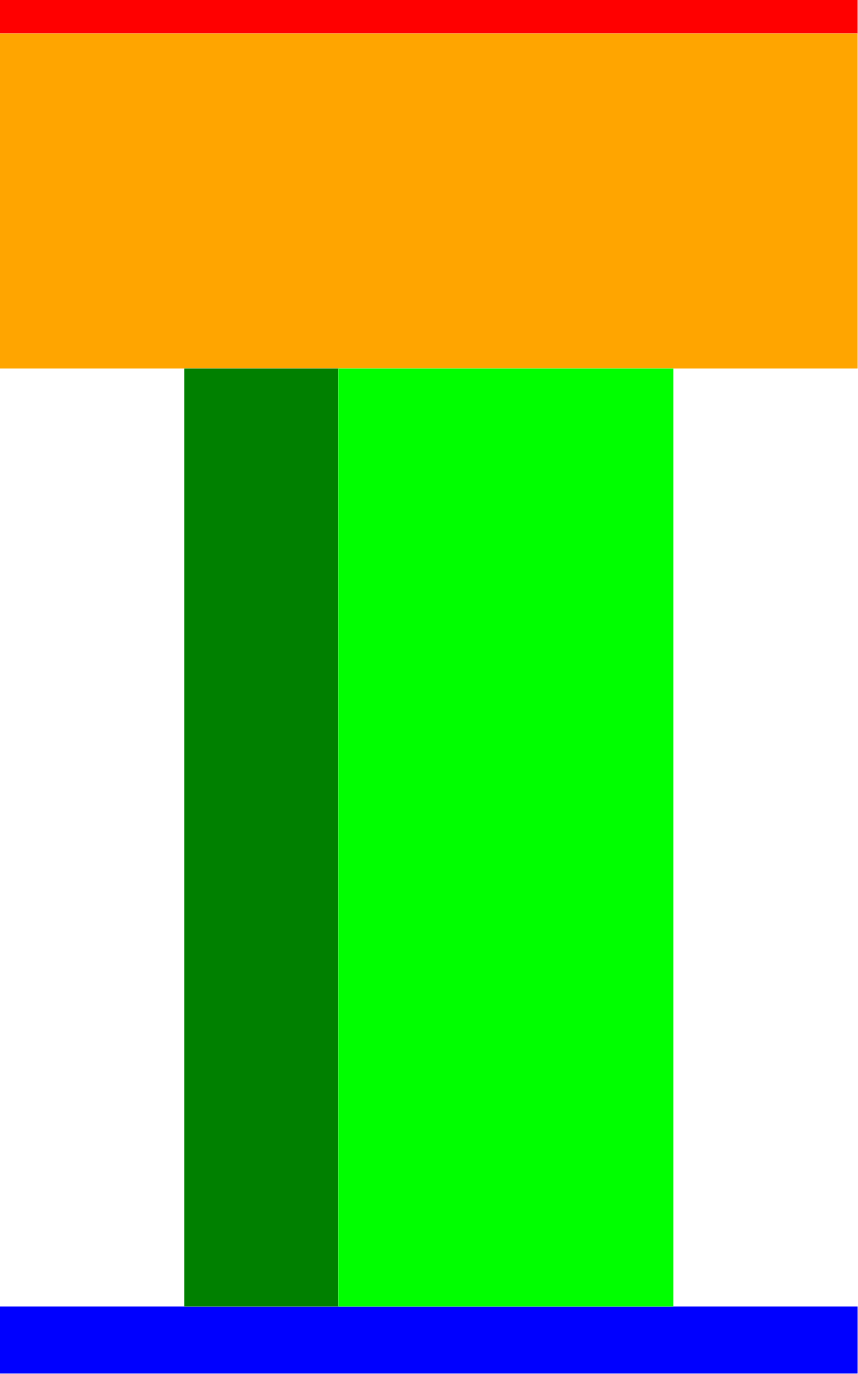
Repository: ryo32sun/Html-Practice
Page: practice/chapter4.html
The author's editor kept a record of every edit. The page is drawn from the files as they stood at one moment, then again after the next edit.
The browser window is 1280 px wide. The pictures show the whole page, at 67% of full size.

Above is the page before.

After the next edit:
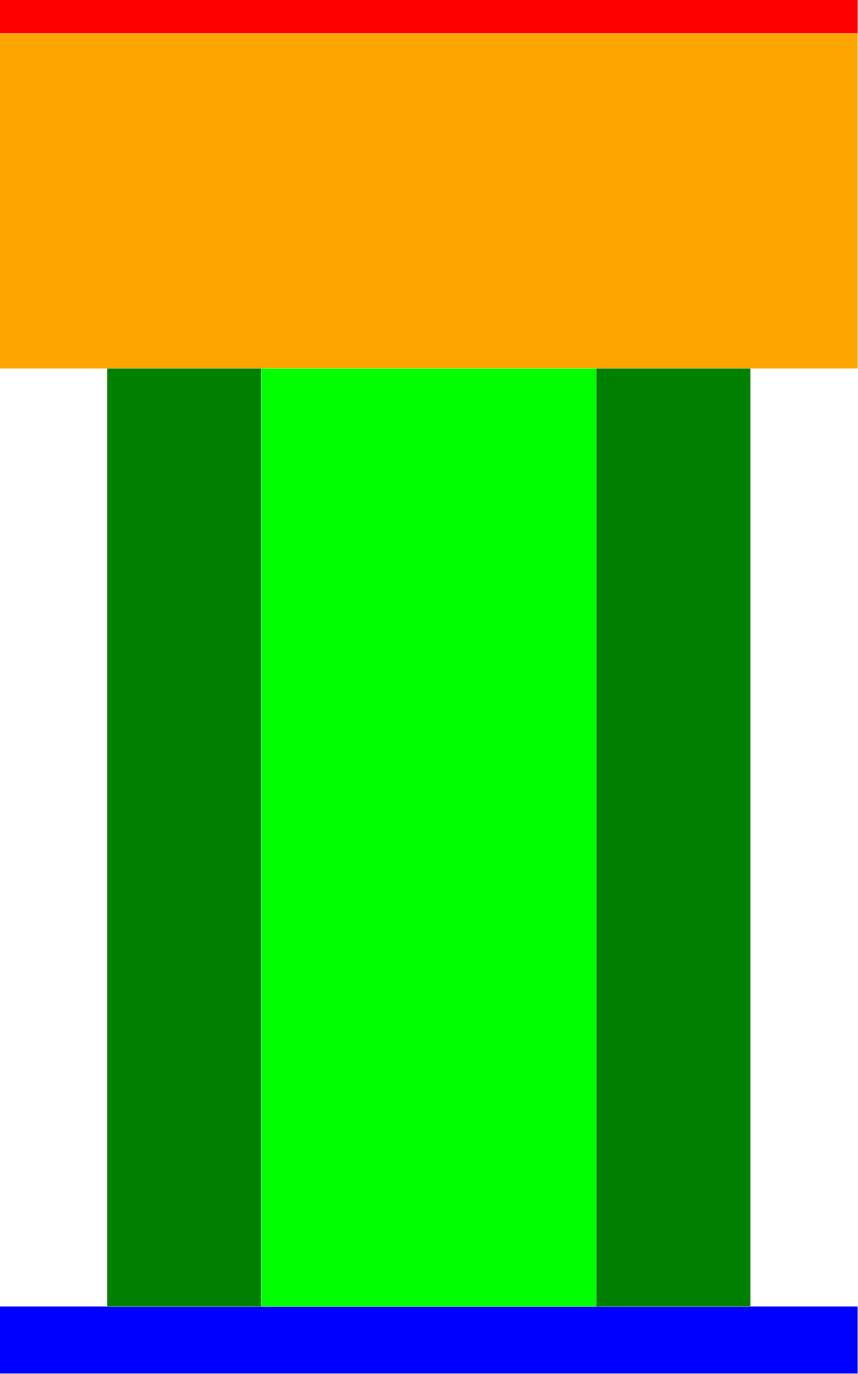
The edit:
--- a/practice/chapter4.css
+++ b/practice/chapter4.css
@@ -35,6 +35,12 @@
   background-color: lime;
 }
 
+.line-right {
+  width: 230px;
+  height: 1400px;
+  background-color: green;
+}
+
 .footer {
   width: 100%;
   height: 100px;
